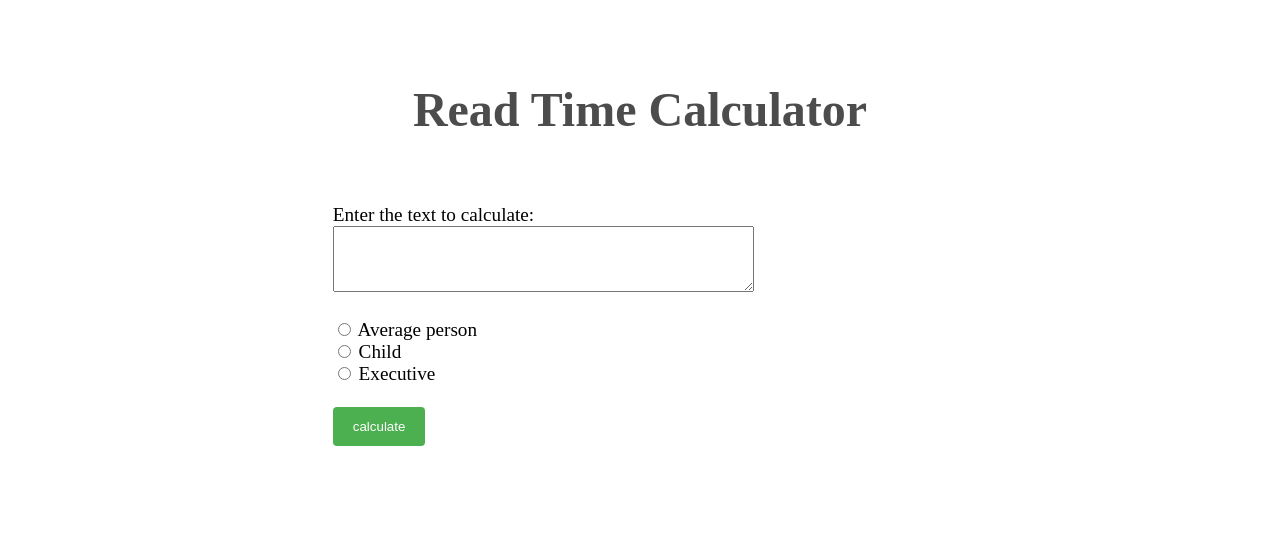
Repository: Full-Creative/Projects
Page: http://localhost/ReadTimeCalculator/
An editor plug-in stored every save of this project. The page is shown before and after the next save, followed by the edit.
The browser window is 1280 px wide. The pictures show the whole page.
The page is served by Tomcat 9.

Above is the page before, as saved 2020-11-19 10:32:39.

After the next save:
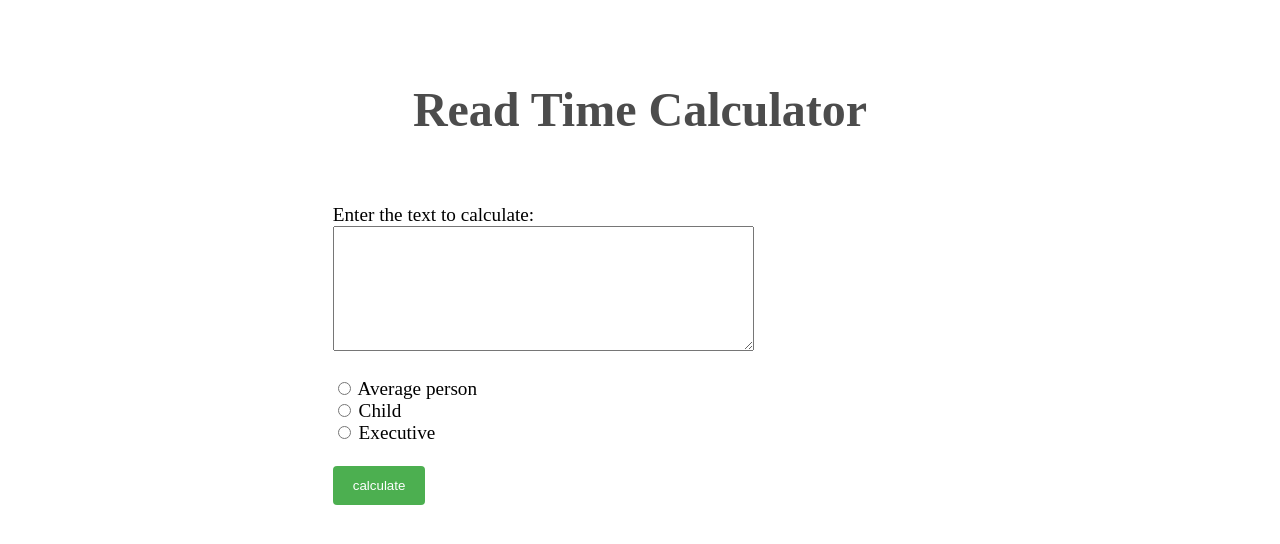
Saved 31 s later.
--- a/ReadTimeCalculator/src/main/webapp/mystyle.css
+++ b/ReadTimeCalculator/src/main/webapp/mystyle.css
@@ -38,8 +38,8 @@
 	padding: 10px;
 }
 
-.userInput .inputLabel{
-
+.userInput #data{
+	padding-top:10%;
 }
 
 .userInput #calculate {

After the save that followed:
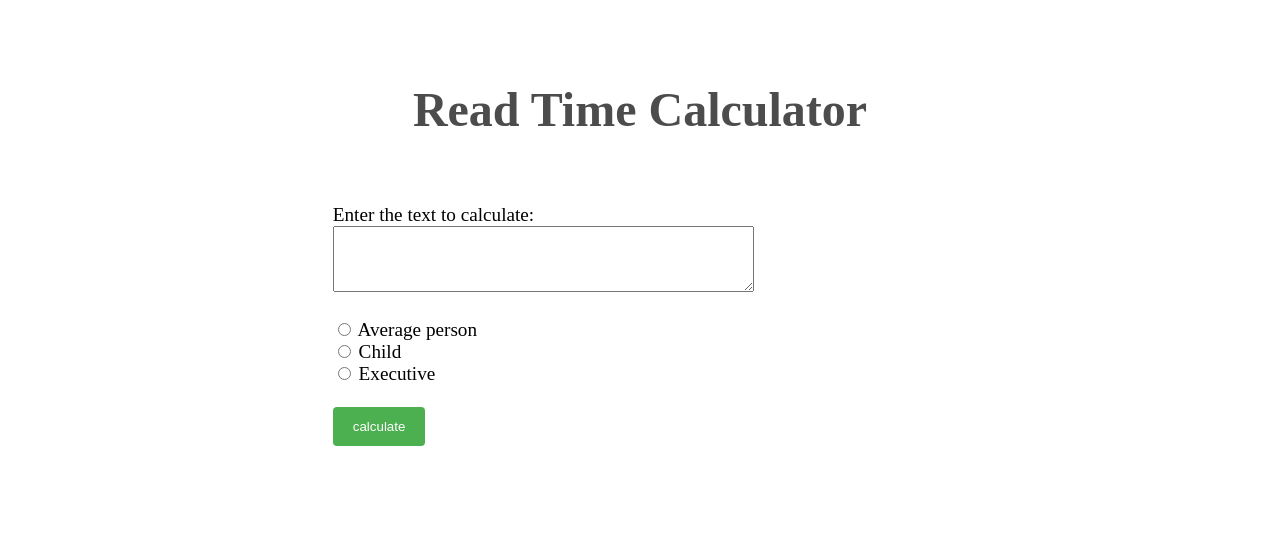
Saved 14 s later.
--- a/ReadTimeCalculator/src/main/webapp/mystyle.css
+++ b/ReadTimeCalculator/src/main/webapp/mystyle.css
@@ -39,7 +39,7 @@
 }
 
 .userInput #data{
-	padding-top:10%;
+	border:10%;
 }
 
 .userInput #calculate {
